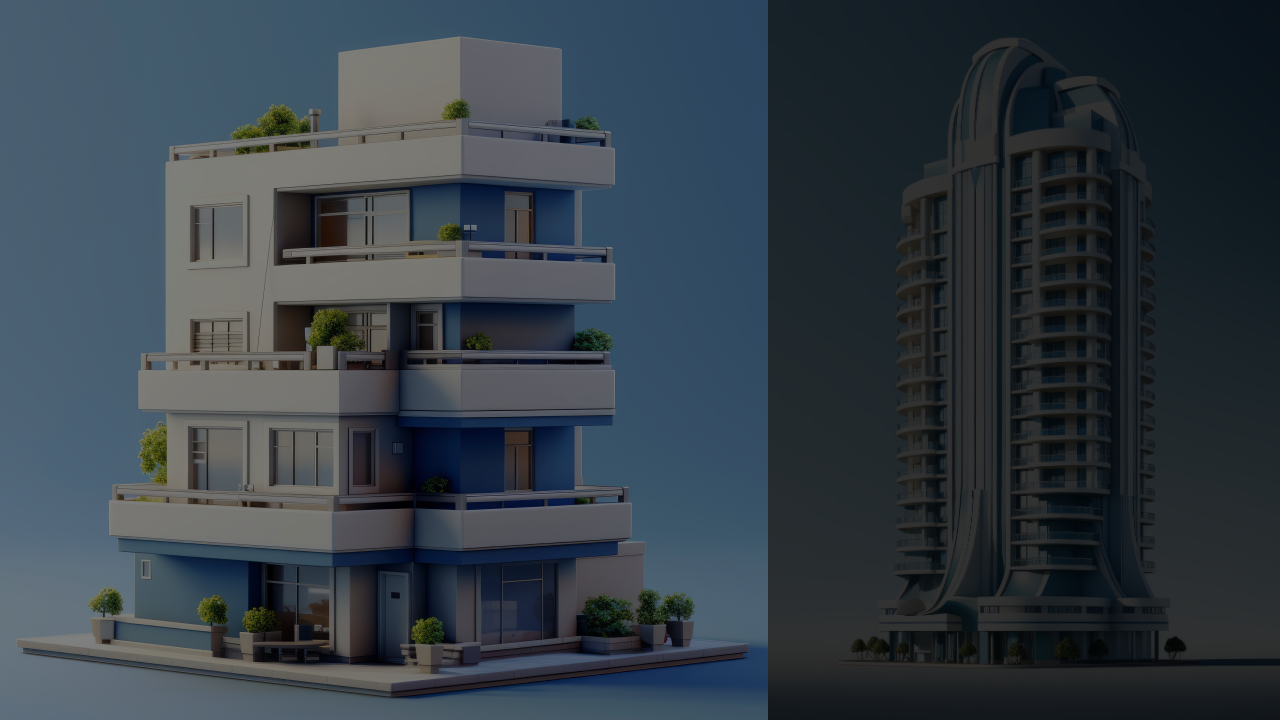
Repository: brytemenz/investnest-landing
Page: /
The author's editor kept a copy of each file at every save. The page is drawn from the files as they stood at one save, then again after the next save.
The browser window is 1280 px wide. The pictures show the whole page.
The project was rebuilt for these pictures with package versions that can differ from the ones it lists, and the page was loaded fresh each time. Also part of the build but not shown: vite.config.js.

Above is the page before, as saved 2024-05-28 19:06:39.

### src/main.jsx
// src/main.jsx
import 'antd/dist/reset.css';
import './index.css';
import './landingPage.css';
import React from 'react';
import ReactDOM from 'react-dom/client';
import App from './App';

ReactDOM.createRoot(document.getElementById('root')).render(
  <React.StrictMode>
    <App />
  </React.StrictMode>
);

### src/landingPage.css
/* src/landingPage.css */
.bg-cover {
  background-size: cover;
}

.bg-center {
  background-position: center;
}

### src/App.jsx
// src/App.jsx
import React from 'react';
import LandingPage from './pages/landingPage';

const App = () => {
  return (
    <LandingPage />
  );
};

export default App;

### src/pages/landingPage.jsx
// src/pages/LandingPage.jsx
import React from 'react';
import leftImage from '../assets/leftimage.jpg';
import rightImage from '../assets/rightimage.jpg';
import '../landingPage.css';

const LandingPage = () => {
  return (
    <div className="flex min-h-screen">
      <div className="w-3/5 relative">
        <div className="absolute inset-0 bg-black bg-opacity-50"></div>
        <div className="bg-cover bg-center h-full" style={{ backgroundImage: `url(${leftImage})` }}></div>
      </div>
      <div className="w-2/5 relative">
        <div className="absolute inset-0 bg-black bg-opacity-80"></div>
        <div className="bg-cover bg-center h-full" style={{ backgroundImage: `url(${rightImage})` }}></div>
      </div>
    </div>
  );
};

export default LandingPage;

Loaded but not shown: src/index.css (common file); tailwind.config.js (common file)

After the next save:
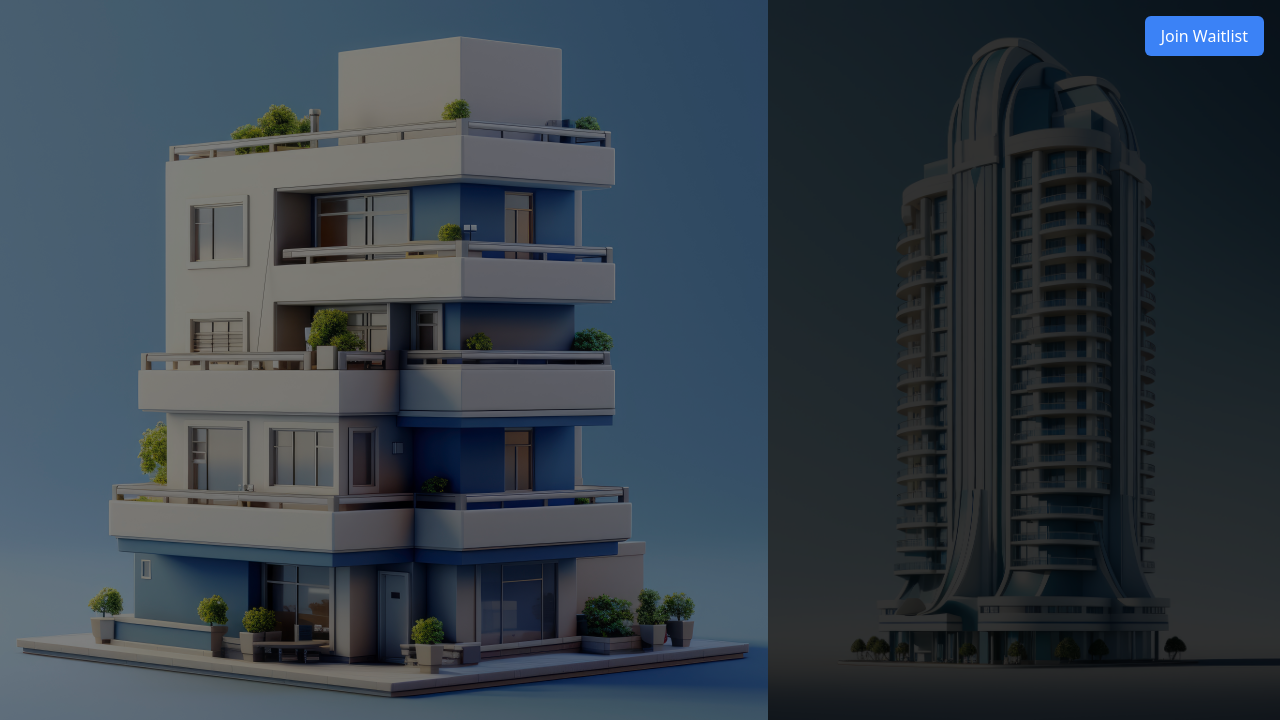
Saved 79 s later.
--- a/src/pages/landingPage.jsx
+++ b/src/pages/landingPage.jsx
@@ -13,7 +13,9 @@ const LandingPage = () => {
       </div>
       <div className="w-2/5 relative">
         <div className="absolute inset-0 bg-black bg-opacity-80"></div>
-        <div className="bg-cover bg-center h-full" style={{ backgroundImage: `url(${rightImage})` }}></div>
+        <div className="bg-cover bg-center h-full" style={{ backgroundImage: `url(${rightImage})` }}>
+          <button className="absolute top-4 right-4 bg-blue-500 text-white px-4 py-2 rounded-md">Join Waitlist</button>
+        </div>
       </div>
     </div>
   );
